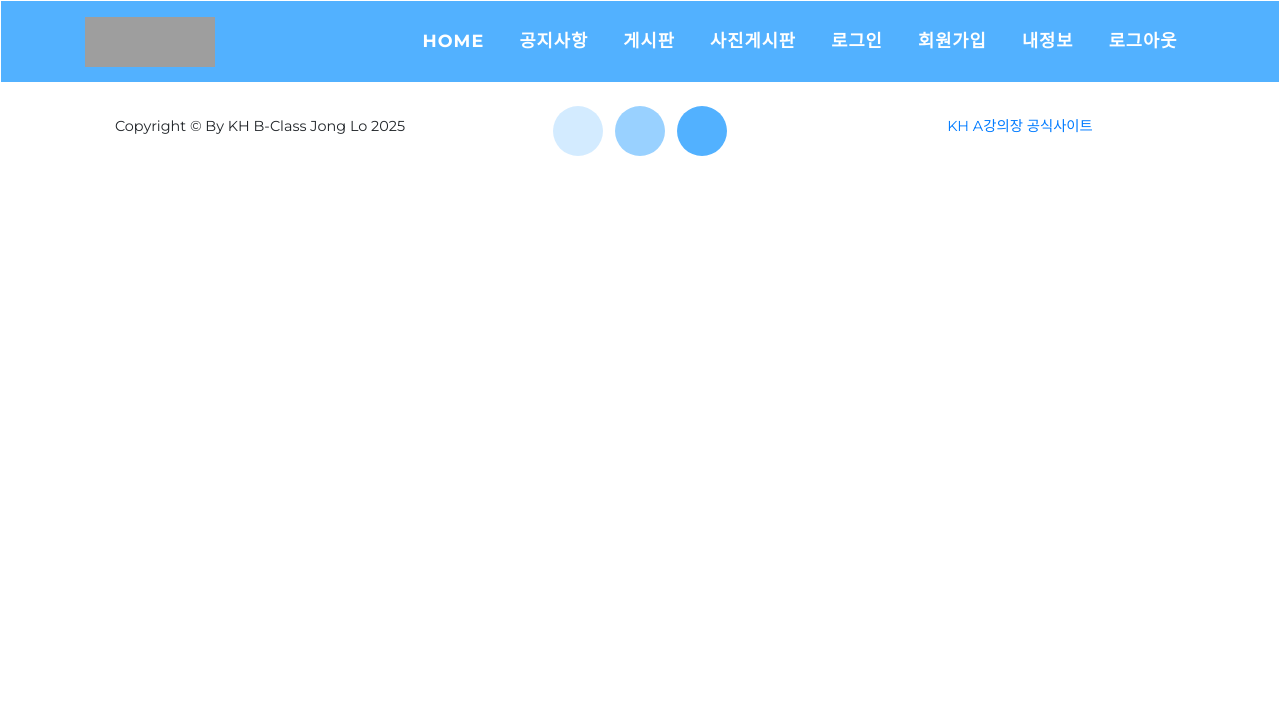
Repository: dltbxkfm86-creator/web
Page: http://localhost/MyProject/WEB-INF/views/common/result_page.jsp
An editor plug-in stored every save of this project. The page is shown before and after the next save, followed by the edit.
The browser window is 1280 px wide. The pictures show the whole page.
Pictures or frames that could not be fetched are drawn as grey boxes. Some web fonts or font styles are not loaded; a fallback is used. The page is served by Tomcat 9. Nobody is signed in. Other server files are loaded and not shown. The template is opened directly, without the code that normally fills it, so the values that code supplies are empty.

Above is the page before, as saved 2025-09-25 08:02:42.

### MyProject/src/main/webapp/WEB-INF/views/common/result_page.jsp
<%@ page language="java" contentType="text/html; charset=UTF-8"
    pageEncoding="UTF-8"%>
<!DOCTYPE html>
<html>
<head>
<meta charset="UTF-8">
<title>실패용 페이지</title>
<style>
	h1 {
			color : red;
			font-size : 64px;
			text-align : center;
			line-height : 600px;
	}
</style>
</head>
<body>

	<jsp:include page="../include/header.jsp"/>

	<h1>${ msg }</h1>

	<jsp:include page="../include/footer.jsp"/>
</body>
</html>

### MyProject/src/main/webapp/WEB-INF/views/include/header.jsp
<%@ page language="java" contentType="text/html; charset=UTF-8"
    pageEncoding="UTF-8"%>
<!DOCTYPE html>
<html lang="ko">
<head>
  <meta charset="utf-8">

  <title>웹개발 시작하기</title>

  <script src="https://ajax.googleapis.com/ajax/libs/jquery/3.7.1/jquery.min.js"></script>
  <link rel="stylesheet" href="https://cdn.jsdelivr.net/npm/bootstrap@4.6.2/dist/css/bootstrap.min.css">
  <script src="https://cdn.jsdelivr.net/npm/popper.js@1.16.1/dist/umd/popper.min.js"></script>
  <script src="https://cdn.jsdelivr.net/npm/bootstrap@4.6.2/dist/js/bootstrap.bundle.min.js"></script>

  <!-- Custom fonts for this template -->
  <link href="https://fonts.googleapis.com/css?family=Montserrat:400,700" rel="stylesheet" type="text/css">
  <link href='https://fonts.googleapis.com/css?family=Kaushan+Script' rel='stylesheet' type='text/css'>
  <link href='https://fonts.googleapis.com/css?family=Droid+Serif:400,700,400italic,700italic' rel='stylesheet' type='text/css'>
  <link href='https://fonts.googleapis.com/css?family=Roboto+Slab:400,100,300,700' rel='stylesheet' type='text/css'>

  <!-- Custom styles for this template -->
  <link href="resources/css/agency.min.css" rel="stylesheet">
  <script type="text/javascript" src="https://cdn.jsdelivr.net/jquery.validation/1.16.0/jquery.validate.min.js"></script>

  <link href="https://unpkg.com/aos@2.3.1/dist/aos.css" rel="stylesheet">
  <script src="https://unpkg.com/aos@2.3.1/dist/aos.js"></script>

<style>
    #mainNav .navbar-nav .nav-item .nav-link {
        font-weight: 600;
    }

    #sub-bg{
        width : 80%;
        margin : auto;
        height : 1200px;
        padding-top : 60px;
        padding-bottom : 60px;
        margin-top : 300px;
    }

    #sub-1{
        width : 70%;
        height : 40%;
        margin-right : auto;
        background-image: url(https://www.kh-academy.co.kr/resources/images/main/main_renewal/sub/sub02/educationinfo/jongro/04.jpg);
        background-size: cover;
        background-repeat: none;
    }

    #sub-2{
        margin-top : 120px;
        width : 70%;
        margin-left : auto;
        height : 40%;
        background-image: url(https://www.kh-academy.co.kr/resources/images/main/main_renewal/sub/sub02/educationinfo/jongro/05.jpg);
        background-size: cover;
        background-repeat: none;
    }

    footer{
        border-top: #52b1ff28 1px solid;
    }

    .dropdown:hover > .dropdown-menu {
        display: block;
    }
</style>


</head>

<body id="page-top">

  <!-- Navigation -->
  <nav class="navbar navbar-expand-lg navbar-light fixed-top" id="mainNav">
    <div class="container">
      <a class="navbar-brand" href="#">
      	<img class="img-fluid" src="https://www.kh-academy.co.kr/resources/images/main/logo.svg" alt="로고없음" style="width:130px; height:50px;" />
      </a>
      <button class="navbar-toggler navbar-toggler-right" type="button" data-toggle="collapse" data-target="#navbarResponsive">
        메뉴
        <i class="fas fa-bars"></i>
      </button>

      <div class="collapse navbar-collapse" id="navbarResponsive">
        <ul class="navbar-nav text-uppercase ml-auto">
          <li class="nav-item">
            <a class="nav-link js-scroll-trigger" href="#">HOME</a>
          </li>
          <li class="nav-item">
            <a class="nav-link js-scroll-trigger" href="#">공지사항</a>
          </li>
          <li class="nav-item">
            <a class="nav-link js-scroll-trigger" href="#">게시판</a>
          </li>
          <li class="nav-item">
            <a class="nav-link js-scroll-trigger" href="#">사진게시판</a>
          </li>



          <li class="nav-item">
          <a class="nav-link js-scroll-trigger" data-toggle="modal" data-target="#log-in">로그인</a>
          </li>
          <li class="nav-item">
          <a class="nav-link js-scroll-trigger" href="join">회원가입</a>
          </li>




          <li class="nav-item">
          <a class="nav-link js-scroll-trigger" href="myPage">내정보</a>
          </li>
          <li class="nav-item">
          <a class="nav-link js-scroll-trigger" href="logout" onclick="return confirm('진짜로 로그아웃 하려고?')">로그아웃</a>
          </li>


        </ul>
      </div>
    </div>
  </nav><br><br><br>



  <!-- 로그인 Modal-->
<div class="modal fade" id="log-in">
	<div class="modal-dialog">
		<div class="modal-content">

			<!-- Modal Header -->
			<div class="modal-header">
				<h4 class="modal-title">
					<span style="color: #52b1ff;">KH</span> 로그인
				</h4>
				<button type="button" class="close" data-dismiss="modal">&times;</button>
			</div>

			<!-- Modal body -->
			<div class="modal-body">

				<form action="로그인 매핑값" name="sign-in" method="post" id="signInForm"
					style="margin-bottom: 0;">
					<table style="cellpadding: 0; cellspacing: 0; margin: 0 auto; width: 100%">
						<tr>
							<td style="text-align: left">
								<p><strong>아이디를 입력해주세요.</strong>&nbsp;&nbsp;&nbsp;<span id="idCheck"></span></p>
							</td>
						</tr>
						<tr>
							<td><input type="text" name="" id="signInId"
								class="form-control tooltipstered" maxlength="10"
								required="required" aria-required="true"
								style="margin-bottom: 25px; width: 100%; height: 40px; border: 1px solid #d9d9de"
								placeholder="최대 15자"></td>
						</tr>
						<tr>
							<td style="text-align: left">
								<p><strong>비밀번호를 입력해주세요.</strong>&nbsp;&nbsp;&nbsp;<span id="pwCheck"></span></p>
							</td>
						</tr>
						<tr>
							<td><input type="password" size="17" maxlength="20" id="signInPw"
								name="" class="form-control tooltipstered"
								maxlength="20" required="required" aria-required="true"
								style="ime-mode: inactive; margin-bottom: 25px; height: 40px; border: 1px solid #d9d9de"
								placeholder="최소 8자"></td>
						</tr>
						<tr>
							<td style="padding-top: 10px; text-align: center">
								<p><strong>로그인하셔서 서비스를 이용해보세요~~!</strong></p>
							</td>
						</tr>
						<tr>
							<td style="width: 100%; text-align: center; colspan: 2;"><input
								type="submit" value="로그인" class="btn form-control tooltipstered" id="signIn-btn"
								style="background-color: #52b1ff; margin-top: 0; height: 40px; color: white; border: 0px solid #f78f24; opacity: 0.8">
							</td>
						</tr>
					</table>
				</form>
			</div>
		</div>
	</div>
</div>


</body>
</html>

### MyProject/src/main/webapp/WEB-INF/views/include/footer.jsp
<%@ page language="java" contentType="text/html; charset=UTF-8"
    pageEncoding="UTF-8"%>
<!DOCTYPE html>
<html lang="ko">
<head>


</head>

<body id="page-top">

    <!-- Footer -->
    <footer>
        <div class="container">
            <div class="row">
                <div class="col-md-4">
                <span class="copyright">Copyright &copy; By KH B-Class Jong Lo 2025</span>
                </div>
                <div class="col-md-4">
                <ul class="list-inline social-buttons">
                    <li class="list-inline-item">
                    <a href="#" style="background-color: #52b1ff41;">
                        <i class="fab fa-twitter"></i>
                    </a>
                    </li>
                    <li class="list-inline-item">
                    <a href="#" style="background-color: #52b1ff96;">
                        <i class="fab fa-facebook-f"></i>
                    </a>
                    </li>
                    <li class="list-inline-item">
                    <a href="#" style="background-color: #52b1ff;">
                        <i class="fab fa-linkedin-in"></i>
                    </a>
                    </li>
                </ul>
                </div>
                <div class="col-md-4">
                <ul class="list-inline quicklinks">
                    <li class="list-inline-item">
                    <a href="#">KH A강의장 공식사이트</a>
                    </li>

                </ul>
                </div>
            </div>
        </div>
    </footer>

 </body>

 <script>
    AOS.init();
 </script>

</html>

Loaded but not shown: MyProject/src/main/webapp/resources/css/agency.min.css (library)

After the next save:
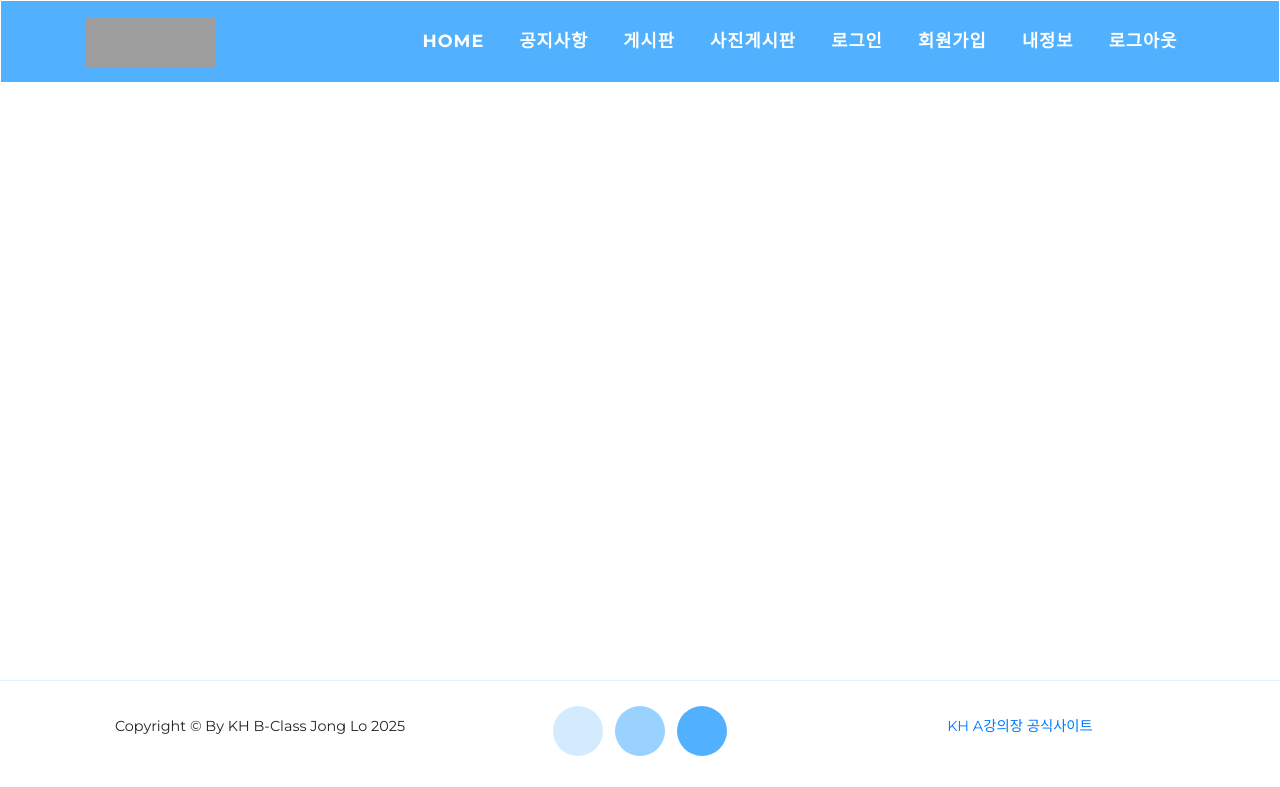
Saved 36 s later.
--- a/MyProject/src/main/webapp/WEB-INF/views/common/result_page.jsp
+++ b/MyProject/src/main/webapp/WEB-INF/views/common/result_page.jsp
@@ -10,6 +10,7 @@
 			color : red;
 			font-size : 64px;
 			text-align : center;
+			height : 600px;
 			line-height : 600px;
 	}
 </style>
